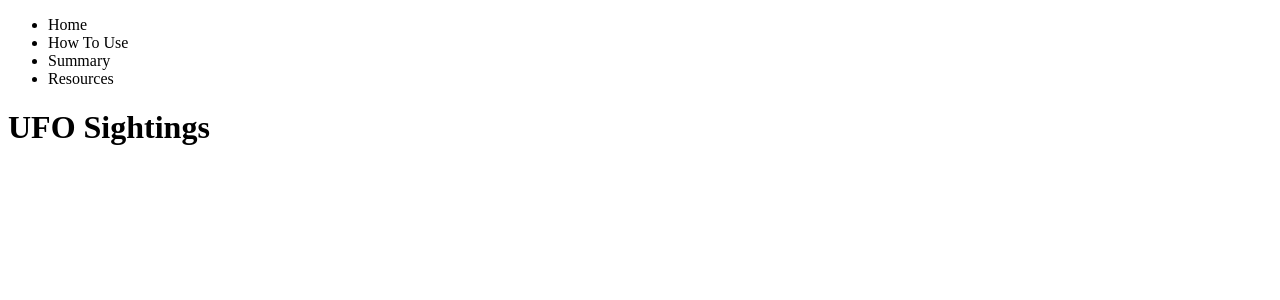
Repository: AidanJReid/Milestone-Project2
Page: index.html
The author's editor kept a record of every edit. The page is drawn from the files as they stood at one moment, then again after the next edit.
The browser window is 1280 px wide. The pictures show the whole page.
Some web libraries are served in a nearby version.

Above is the page before.

### index.html
<!DOCTYPE html>
<html lang="en">

<head>
    <meta charset="UTF-8">
    <meta name="viewport" content="width=device-width, initial-scale=1.0">
    <meta http-equiv="X-UA-Compatible" content="ie=edge">
    <script src="https://code.jquery.com/jquery-3.4.1.js" integrity="sha256-WpOohJOqMqqyKL9FccASB9O0KwACQJpFTUBLTYOVvVU=" crossorigin="anonymous"></script>


    <link rel="stylesheet" href="https://cdnjs.cloudflare.com/ajax/libs/dc/2.1.8/dc.css" type="text/css /">

    <script type="text/javascript" src="https://cdnjs.cloudflare.com/ajax/libs/d3/5.12.0/d3.min.js"></script>
    <script type="text/javascript" src="https://cdnjs.cloudflare.com/ajax/libs/crossfilter/1.3.12/crossfilter.min.js"></script>
    <script type="text/javascript" src="https://cdnjs.cloudflare.com/ajax/libs/dc/2.1.8/dc.js"></script>

    <link rel="stylesheet" href="css/style.css" type="text/css" />
    <title>UFO Data</title>
</head>

<body>
    <div id="container">
        <nav id="navbar">
            <ul>
                <li id="logo" href="">Home</li>
                <li id="menu1" href="">How To Use</li>
                <li id="menu2" href="">Summary</li>
                <li id="menu3" href="">Resources</li>
            </ul>
        </nav>

        <h1>UFO Sightings</h1>

        <div id="data1"></div>
        <div id="data2"></div>
        <div id="data3"></div>
    </div>
</body>

</html>

### css/style.css
/*Navbar*/

After the next edit:
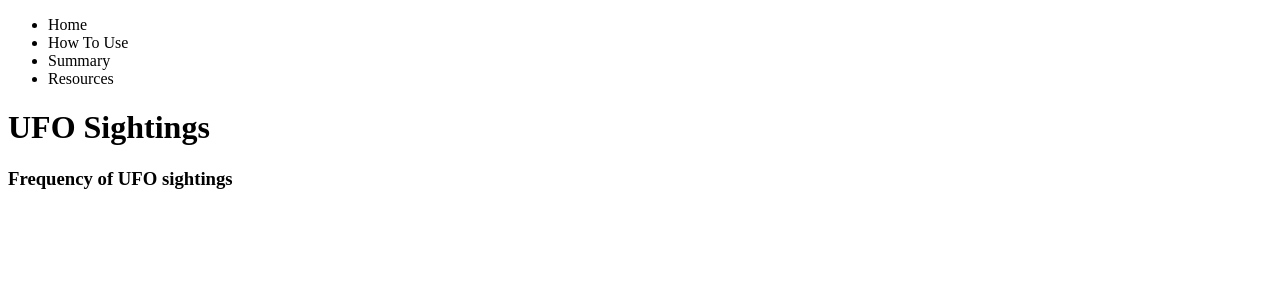
The edit:
--- a/index.html
+++ b/index.html
@@ -31,7 +31,10 @@
 
         <h1>UFO Sightings</h1>
 
-        <div id="data1"></div>
+        <div>
+            <h3>Frequency of UFO sightings</h3>
+            <div id="data1"></div>
+        </div>
         <div id="data2"></div>
         <div id="data3"></div>
     </div>
